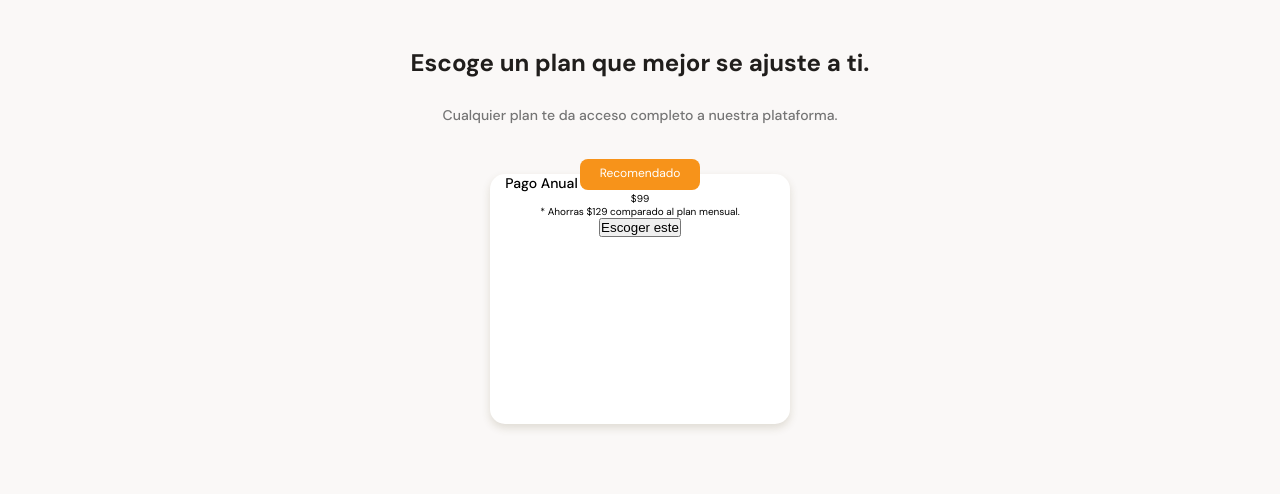
Repository: EnzoSz/Mobile-First
Page: index.html
These files come from the project's save history. The page is drawn as it stood at one moment and after the next save; the edit follows.
The browser window is 1280 px wide. The pictures show the part of the page from y = 2782 to 3276 px (the page is 3276 px tall).

Above is the page before, as saved 2021-02-04 22:43:36.

After the next save:
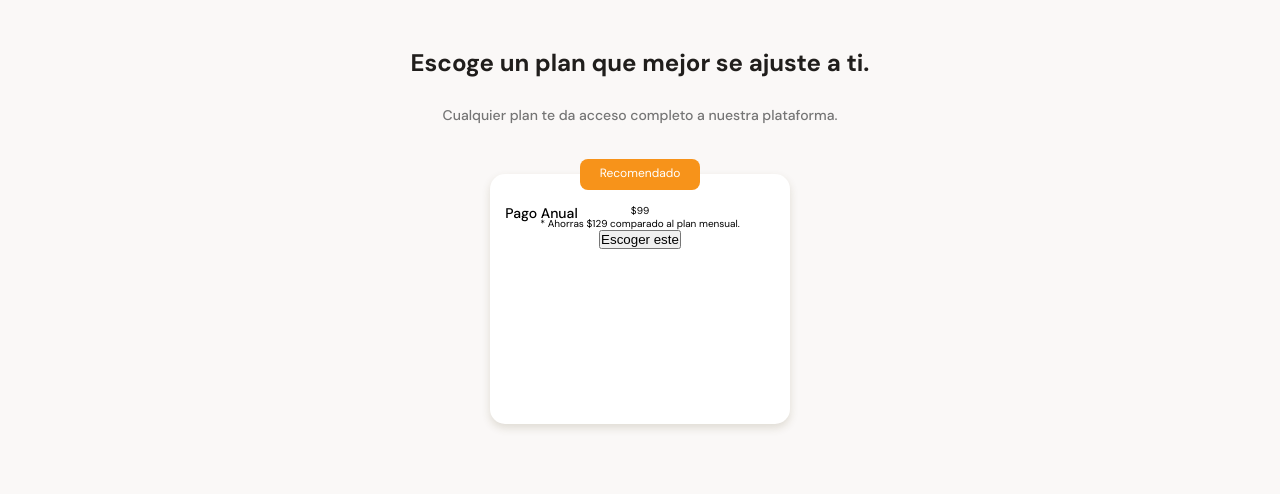
Saved 40 s later.
--- a/estilos.css
+++ b/estilos.css
@@ -400,4 +400,5 @@
     font-size: 1.4rem;
     font-weight: 500;
     line-height: 1.8rem;
-}
+    padding-top: 30px;
+}
